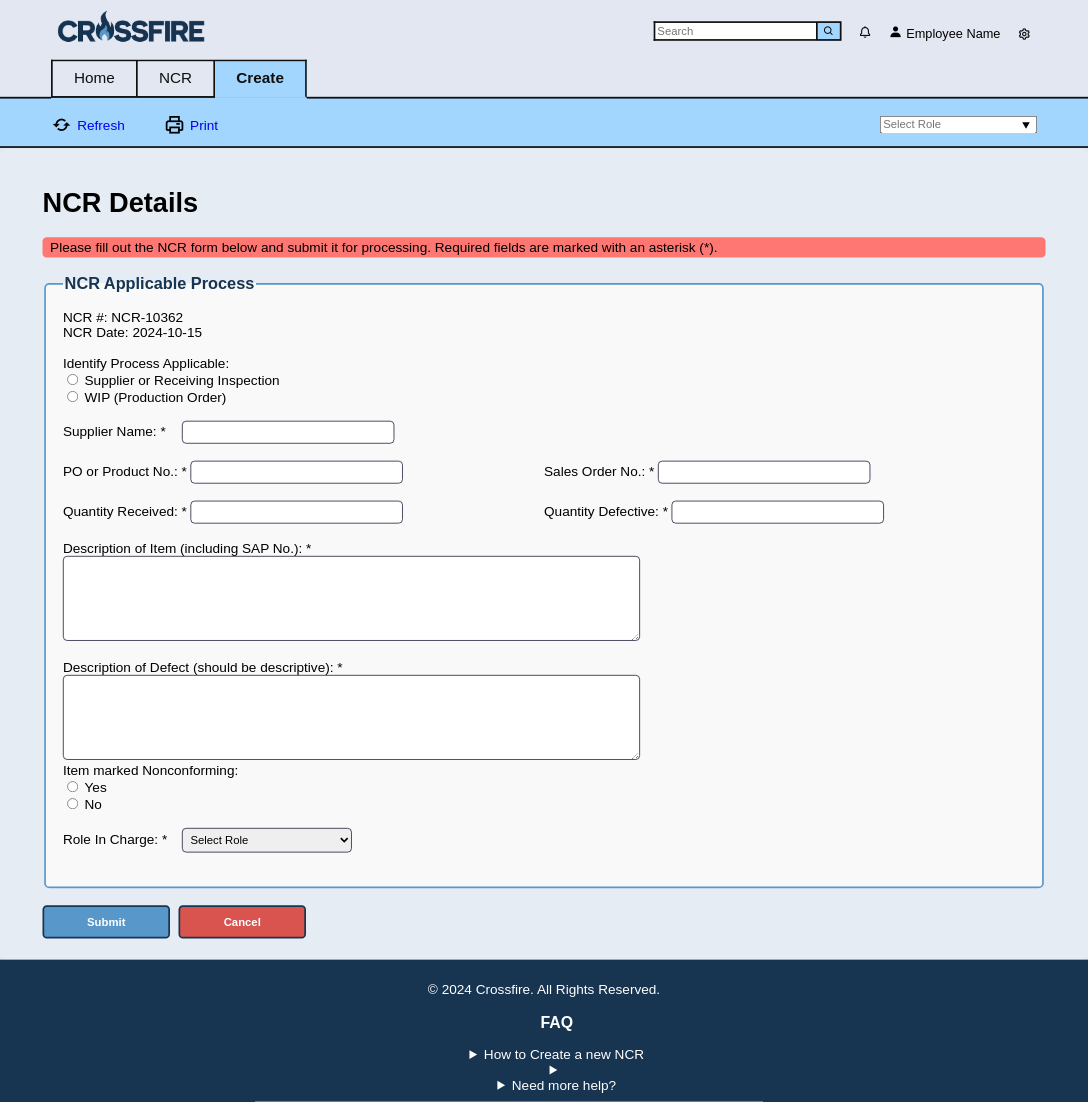
Repository: NyleNC/OSSProg1180
Page: OSS-CrossFire/create.html
These files come from the project's save history. The page is drawn as it stood at one moment and after the next save; the edit follows.
The browser window is 1280 px wide. The pictures show the whole page, at 85% of full size.

Above is the page before, as saved 2024-11-07 19:14:03.

After the next save:
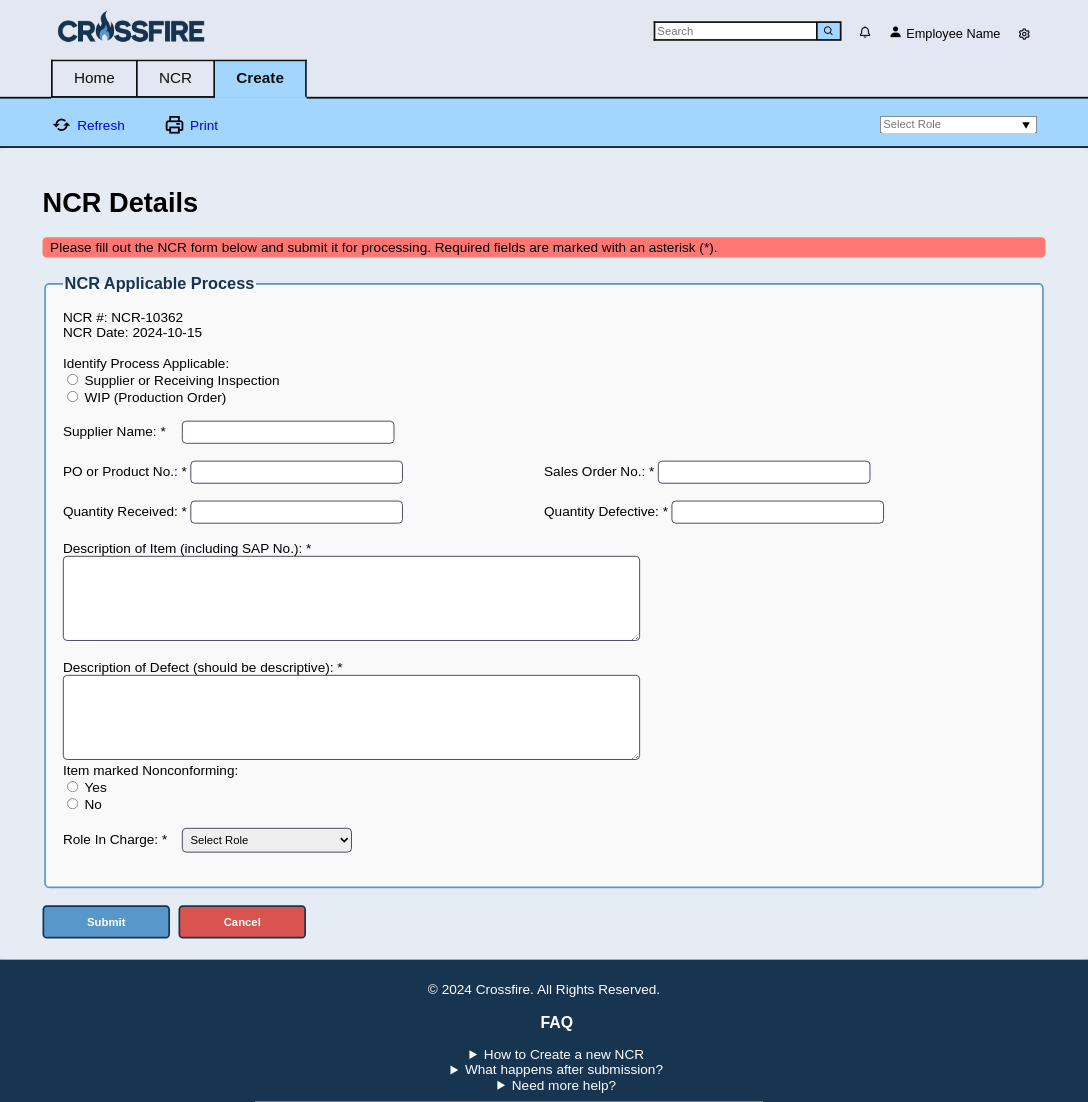
Saved 3 s later.
--- a/OSS-CrossFire/create.html
+++ b/OSS-CrossFire/create.html
@@ -185,8 +185,9 @@
             </details>
             <details>
                 <summary>
-
+                What happens after submission?
                 </summary>
+                <p>The ncr goes to the assigned Management for them to review </p>
             </details>
             <details>
                 <summary>Need more help?</summary>
